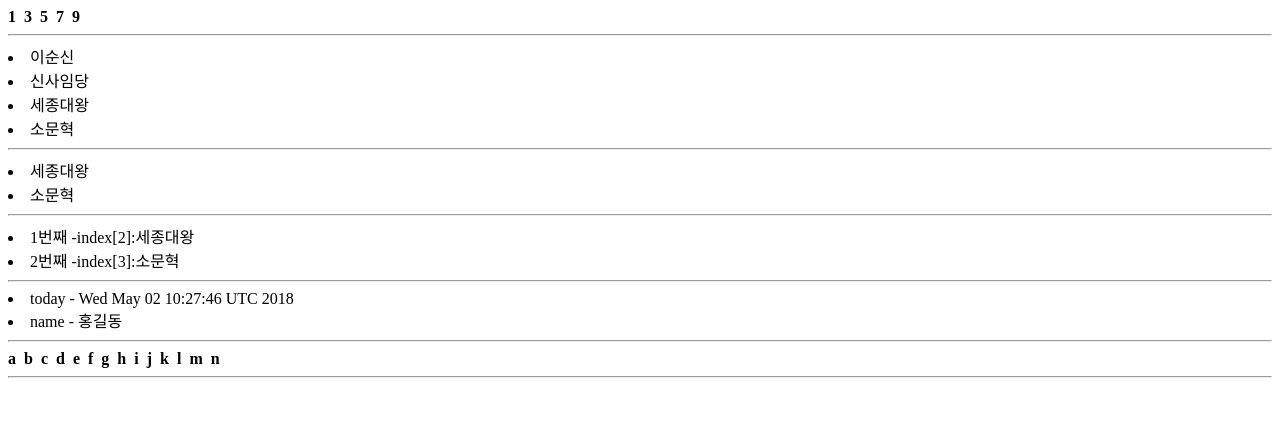
Repository: rumor1993/KH1
Page: http://localhost/JspProject/ch12/Expression_Language3/JSTL_core6.jsp
These files come from the project's save history. The page is drawn as it stood at one moment and after the next save; the edit follows.
The browser window is 1280 px wide. The pictures show the whole page.
The page is served by Tomcat 9.

Above is the page before, as saved 2018-05-03 07:21:43.

### JspProject/WebContent/ch12/Expression_Language3/JSTL_core6.jsp
<%@ page language="java" contentType="text/html; charset=EUC-KR"
    pageEncoding="EUC-KR"%>

<%-- JSTL (JSP Standard Tag Library)
	-자주 사용되는 기능을 모아둔 커스텀 태그(개발자가 직접 정의할수 있는 태그)

	JSTL 다운로드
	1) - https://mvnrepository.com/ 접속
		검색어 = jstl 입력

		-https://mvnrepository.com/artifact/javax.servlet/jstl/1.2
		jstl-1.2.jar 다운로드합니다.

		이클립스에서 파일 붙여넣기
		WebContent - WEB_INF - lib - jstl -1.2.jar
 --%>

 <%--
 	* taglib 지시어 : JSTL이나 커스텀 태그 등 태그 라이브러리를 JSP에서 사용할 때 접두사를 지정하기 위해 사용합니다.
 		- prefix 속성은 사용할 커스텀 태그의 네임스페이스를 지정합니다.
 			명시된 값은 태그 라이브러리를 호출할 때 사용할 접두사를 의미합니다.
 		- uri 속성은 태그라이브러리에 정의한 태그와 속성정보를 저장한 파일이
 			존재하는 위치를 지정합니다.

 	* taglib 장정 : 사용하면 코드의 길이가 줄어들고 인식성이 좋아집니다.
  --%>

 <%-- JSP페이지에 core 라이브러리를 등록합니다. --%>
 <%@ taglib prefix="c"
 				uri="http://java.sun.com/jsp/jstl/core" %>
<!DOCTYPE html>
<html>
<head>
<title>Insert title here</title>
</head>
<body>
	<!-- 자바의 for문과 유사합니다.

		items 속성에 컬렉션이나 배열 형태의 객체를 지정하여
		객체의 인덱스만큼 반복할 수 ㅣㅆ습니다.
		begin : 시작인덱스
		end : 끝 인덱스
		step : 증감식
		var : 반복 중일 경우 현재 반복하고 있는 값을 기억하는 변수입니다.
	 -->

	 <c:forEach var="test" begin="1" end="10" step="2">
	 	<b>${test }</b>&nbsp;
	 </c:forEach>
	 <hr>

	 <%
	 	pageContext.setAttribute("nameList", new String[]{"이순신","신사임당","세종대왕","소문혁"});
	 %>
	 <%--배열의 모든 내용을 출력합니다. --%>
	 <%-- items에는 ${pageScope.nameList} 또는 {nameList} 사용가능 --%>
		 <c:forEach var="name" items="${pageScope.nameList}">
	 		<li>${name }</li>
		 </c:forEach>
		 <hr>

	 <%-- 배열의 인덱스 2부터 3까지의 내용을 출력합니다. 참조할 변수의 개수를 제한합니다. --%>
	 	<c:forEach var="name" items="${nameList }" begin="2" end="3">
	 		<li>${name }</li>
	 	</c:forEach>
	 	<hr>


	 <%--varStatus 속성은 반복 정보를 담고 있는 객체(LoopTagStatus)를 저장할 변수명을 값으로 갖습니다.
	 	varStatus="stauts"인 경우
	 	status.index : 반복 실행에서 현재의 인덱스값을 의미합니다.
	 	status.count : 반복 실행의 횟수를 의미합니다.
	 --%>

	 <c:forEach var="name" items="${nameList }" begin="2" end="3" varStatus="status" >
	 	<li>${status.count }번째 -index[${status.index }]:${name }</li>
	 </c:forEach>
	 <hr>

	 <%
	 	java.util.HashMap<String, Object> m = new java.util.HashMap<String, Object>();
	 	m.put("name", "홍길동");
	 	m.put("today",new java.util.Date());
	 %>

	 <c:set var="map" value="<%=m %>"/>
	 <c:forEach var="data" items="${map }">
	 	<li>${data.key } - ${data.value }</li>
	 </c:forEach>
	 <hr>

	 <!-- 자바의 for문과 StringTokenizer 객체를 결합하였다고 볼 수 있습니다.
	 		items에 지정한 값을 delims 속성의 구분자로 나눈 후 나눠진 만큼 반복을 -->

	 <c:forTokens var="alphabet"
	 			  items="a,b,c,d,e,f,g,h,i,j,k,l,m,n"
	 			  delims=",">
	 	<b>${alphabet }</b>&nbsp;
	 </c:forTokens>
	 <hr>

	 <!-- 변수 data에 값을 설정합니다. -->
	 <c:set var="data" value="홍길동,김길동,고길동"/>
</body>
</html>

After the next save:
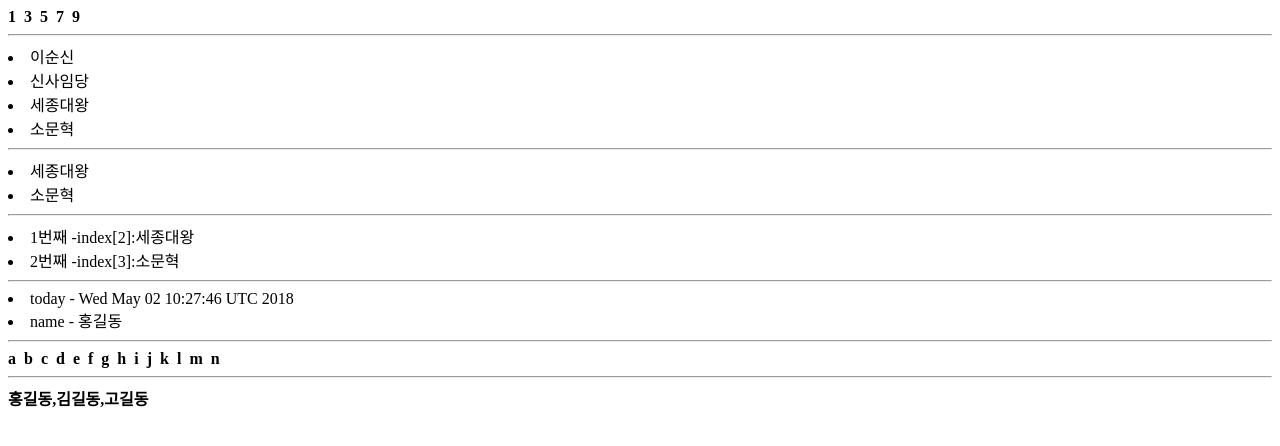
Saved 9 s later.
--- a/JspProject/WebContent/ch12/Expression_Language3/JSTL_core6.jsp
+++ b/JspProject/WebContent/ch12/Expression_Language3/JSTL_core6.jsp
@@ -101,5 +101,6 @@
 
 	 <!-- 변수 data에 값을 설정합니다. -->
 	 <c:set var="data" value="홍길동,김길동,고길동"/>
+	 <b>${data }</b>
 </body>
 </html>
